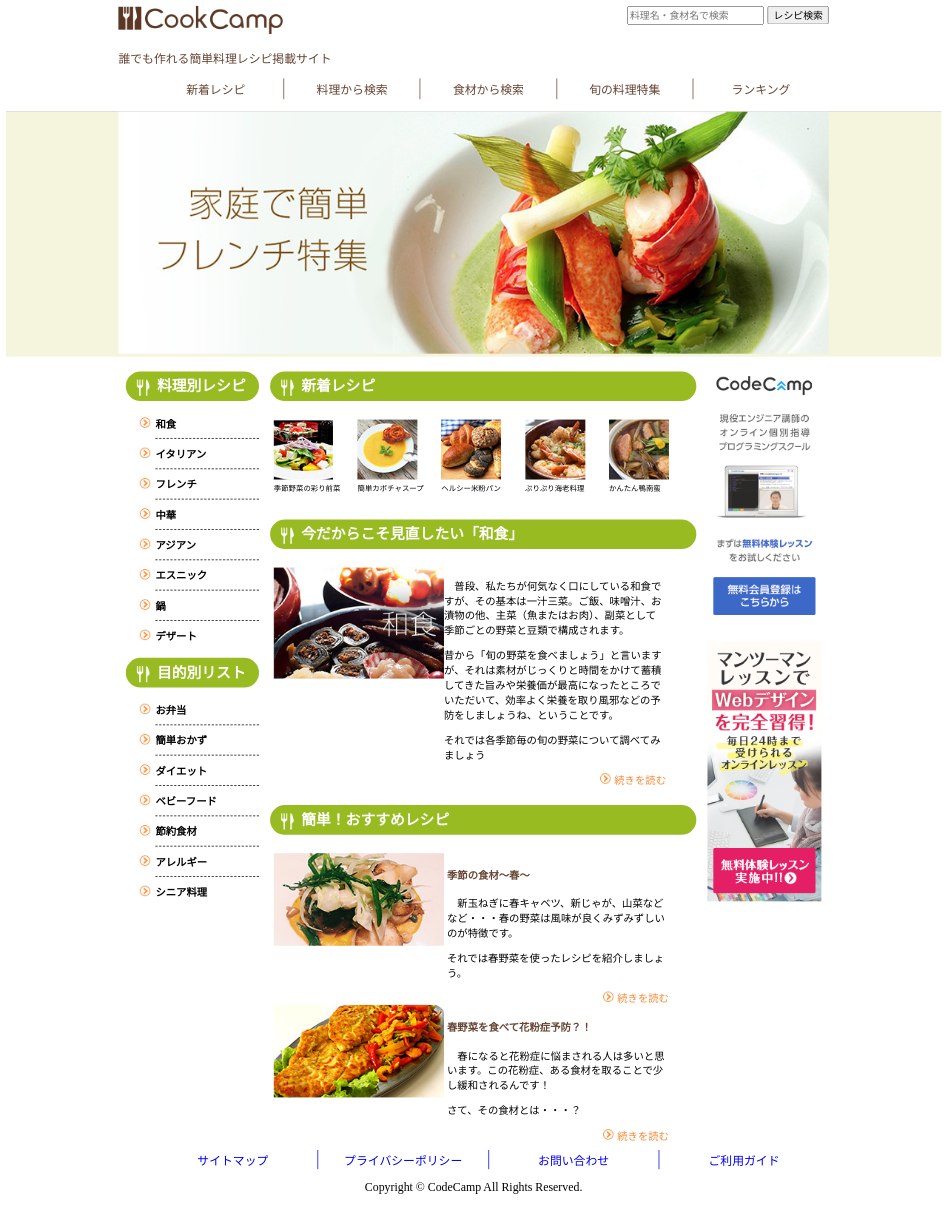
Repository: tomimaler/dc_work_tamachi_inagaki_html
Page: cookcamp/cookcamp.html
The author's editor kept a record of every edit. The page is drawn from the files as they stood at one moment, then again after the next edit.
The browser window is 1280 px wide. The pictures show the whole page, at 74% of full size.

Above is the page before.

### cookcamp/cookcamp.html
<!DOCTYPE html>
<html lang="ja">
 <head>
  <meta charset="UTF-8">
  <title>CookCamp</title>
  <link rel="stylesheet" href="cookcamp.css">

 <body>
  <header>
    <div class="container">
        <img class="logo" src="images/structure/logo.png">
        <input type="submit" value="レシピ検索">
        <input id="search" type="text" name="search" placeholder="料理名・食材名で検索">
        <p>誰でも作れる簡単料理レシピ掲載サイト</p>
        <ul class="header-menu">
            <a href="#"><li class="menu1">新着レシピ</li></a>
            <a href="#"><li>料理から検索</li></a>
            <a href="#"><li>食材から検索</li></a>
            <a href="#"><li>旬の料理特集</li></a>
            <a href="#"><li>ランキング</li></a>
        </ul>
    </div>
 </header>
 <main>
    <div class="container">
        <img class="mainView" src="images/contents/mainView.jpg">
        <nav class="left-column">
            <div class="recipe-nav">
                <h3><img src="images/icon/dish.png">料理別レシピ</h3>
                <ul class="recipe-list">
                    <a href="#"><li>和食</li></a>
                    <a href="#"><li>イタリアン</li></a>
                    <a href="#"><li>フレンチ</li></a>
                    <a href="#"><li>中華</li></a>
                    <a href="#"><li>アジアン</li></a>
                    <a href="#"><li>エスニック</li></a>
                    <a href="#"><li>鍋</li></a>
                    <a href="#"><li>デザート</li></a>
                </ul>
            </div>
            <div class="recipe-nav">
                <h3><img src="images/icon/dish.png">目的別リスト</h3>
                <ul class="recipe-list">
                    <a href="#"><li>お弁当</li></a>
                    <a href="#"><li>簡単おかず</li></a>
                    <a href="#"><li>ダイエット</li></a>
                    <a href="#"><li>ベビーフード</li></a>
                    <a href="#"><li>節約食材</li></a>
                    <a href="#"><li>アレルギー</li></a>
                    <a href="#"><li>シニア料理</li></a>
                </ul>
            </div>
        </nav>
        <div class="main-column">
            <div class="article">
                <h3><img src="images/icon/dish.png">新着レシピ</h3>
                <div class="section">
                    <div class="new-recipes">
                        <div class="new-recipe">
                            <img src="images/contents/newRecipes1.jpg" alt="季節野菜の彩り前菜">
                            <p>季節野菜の彩り前菜</p>
                        </div>
                        <div class="new-recipe">
                            <img src="images/contents/newRecipes2.jpg" alt="簡単カボチャスープ">
                            <p>簡単カボチャスープ</p>
                        </div>
                        <div class="new-recipe">
                            <img src="images/contents/newRecipes3.jpg" alt="ヘルシー米粉パン">
                            <p>ヘルシー米粉パン</p>
                        </div>
                        <div class="new-recipe">
                            <img src="images/contents/newRecipes4.jpg" alt="ぷりぷり海老料理">
                            <p>ぷりぷり海老料理</p>
                        </div>
                        <div class="new-recipe">
                            <img src="images/contents/newRecipes5.jpg" alt="かんたん鴨南蛮">
                            <p>かんたん鴨南蛮</p>
                        </div>
                    </div>
                </div>
            </div>
            <div class="article">
                <h3><img src="images/icon/dish.png">今だからこそ見直したい「和食」</h3>
                <div class="section">
                    <img class="section-img" src="images/contents/topics.jpg" alt="和食" align="left">
                    <div class="section-text">
                        <p>　普段、私たちが何気なく口にしている和食ですが、その基本は一汁三菜。ご飯、味噌汁、お漬物の他、主菜（魚またはお肉）、副菜として季節ごとの野菜と豆類で構成されます。</p>
                        <p>昔から「旬の野菜を食べましょう」と言いますが、それは素材がじっくりと時間をかけて蓄積してきた旨みや栄養価が最高になったところでいただいて、効率よく栄養を取り風邪などの予防をしましょうね、ということです。</p>
                        <p>それでは各季節毎の旬の野菜について調べてみましょう</p>
                        <a href="#"><img src="images/icon/arrow.png" alt="arrow">続きを読む</a>
                    </div>
                </div>
            </div>
            <div class="article">
                <h3><img src="images/icon/dish.png">簡単！おすすめレシピ</h3>
                <div class="section">
                    <img class="section-img" src="images/contents/pushRecipes1.jpg" alt="春">
                    <div class="section-text">
                        <h4>季節の食材～春～</h4>
                        <p>　新玉ねぎに春キャベツ、新じゃが、山菜などなど・・・春の野菜は風味が良くみずみずしいのが特徴です。</p>
                        <p>それでは春野菜を使ったレシピを紹介しましょう。</p>
                        <a href="#"><img src="images/icon/arrow.png" alt="arrow">続きを読む</a>
                    </div>
                    <img class="section-img" src="images/contents/pushRecipes2.jpg" alt="花粉症">
                    <div class="section-text">
                        <h4>春野菜を食べて花粉症予防？！</h4>
                        <p>　春になると花粉症に悩まされる人は多いと思います。この花粉症、ある食材を取ることで少し緩和されるんです！</p>
                        <p>さて、その食材とは・・・？</p>
                        <a href="#"><img src="images/icon/arrow.png" alt="arrow">続きを読む</a>
                    </div>
                </div>
            </div>
        </div>
        <aside class="right-column">
            <a href="#"><img src="images/contents/right1.png"></a>
            <a href="#"><img src="images/contents/right2.png"></a>
        </aside>
    </div>
</main>
<footer>
    <div class="container">
        <ul class="footer-list">
            <a href="#"><li>サイトマップ</li></a>
            <a href="#"><li>プライバシーポリシー</li></a>
            <a href="#"><li>お問い合わせ</li></a>
            <a href="#"><li>ご利用ガイド</li></a>
        </ul>
        <p>Copyright &copy; CodeCamp All Rights Reserved.</p>
    </div>
</footer>
</body>
</html>

### cookcamp/cookcamp.css
.container {
    width:960px;
    margin:0 auto;
}

main {
    background-color:#f5f5dd;
}

a {
    text-decoration:none;
}

header, footer {
    background-color:white;
}

header {
    border-bottom:1px solid #cccccc;
}

header logo {
    float:left;
}

header p{
    color:#664433;
    clear:both;
}

header input {
    float:right;
}

#search {
    height:20px;
    margin-right:5px;
}

.header-menu {
    display:flex;
    text-align:center;
    list-style:none;
}

.header-menu a+ a {
    border-left:1px solid;
}

.header-menu a {
    color:#664433;
    flex:1;
    padding:2px;
}

.mainView {
    width:100%;
}

.recipe-nav {
    margin:10px;
    background-color:white;
}

h3 {
    background-color:#99bb22;
    padding:5px;
    border-radius:25px;
    line-height:30px;
    font-size:20px;
    color:white;
}

h3 img {
    margin-left:10px;
    margin-right:10px;
    vertical-align:-20%;
}

.recipe-list {
    list-style-image: url('images/icon/arrow.png');
    text-align:left;
}

.recipe-list a {
    display:block;
    color:black;
}

.recipe-list li {
    margin:10px 0;
    font-size:14px;
    font-weight:bold;
}

.recipe-list a+ a {
    border-top:1px dashed;
}

.new-recipes {
    display:flex;
    justify-content: center;
    align-items:center;
}

.new-recipe {
    flex:1;
}

.new-recipe img {
    margin-bottom:0;
    padding-bottom:0;
}

.new-recipe p {
    font-size:10px;
    width:100%;
    margin-top:0;
    padding-top:0;
}

.section-img {
    display:inline-block;
}

.section-text {
    display:inline-block;
    vertical-align:top;
    font-size:14px;
    width:300px;
}

.section-text a{
    color:#fc8833;
    float:right;
}

.section-text img {
    margin-right:5px;
}

h4 {
    color:#664433;
}

.article {
    margin:5px;
}

.section {
    padding:5px;
}

.right-column img {
    margin:10px;
}

.left-column {
    width:200px;
    float:left;
}

.main-column {
    width:586px;
    float:left;
}

.right-column {
    width:155px;
    float:left;
}

footer {
    clear:both;
    text-align:center;
}

.footer-list {
    display:flex;
    text-align:center;
    list-style:none;
}

.footer-list a {
    flex:1;
    padding:1px;
}

.footer-list a+ a {
    border-left:1px solid;
}

After the next edit:
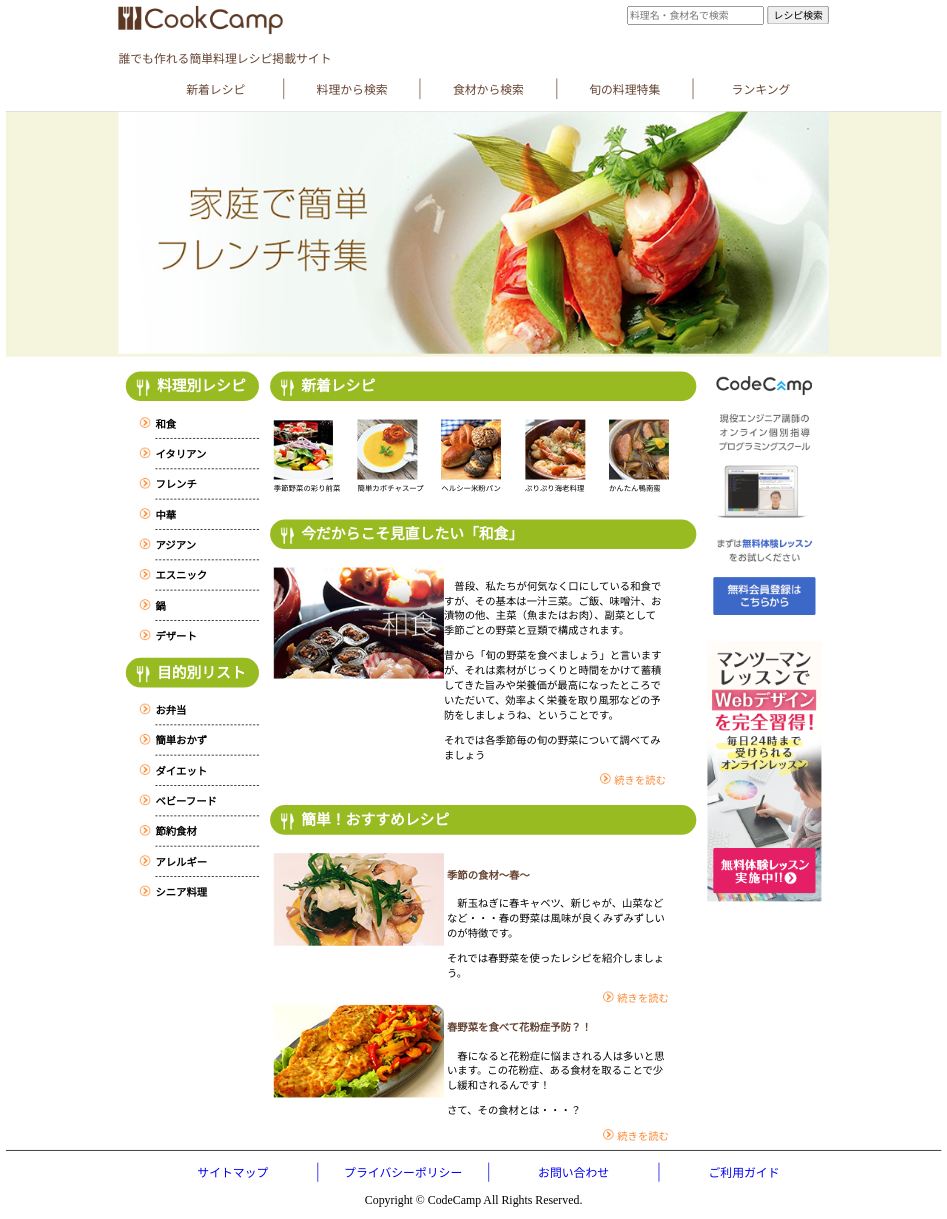
The edit:
--- a/cookcamp/cookcamp.css
+++ b/cookcamp/cookcamp.css
@@ -172,6 +172,7 @@
 
 footer {
     clear:both;
+    border-top:1px solid;
     text-align:center;
 }
 
